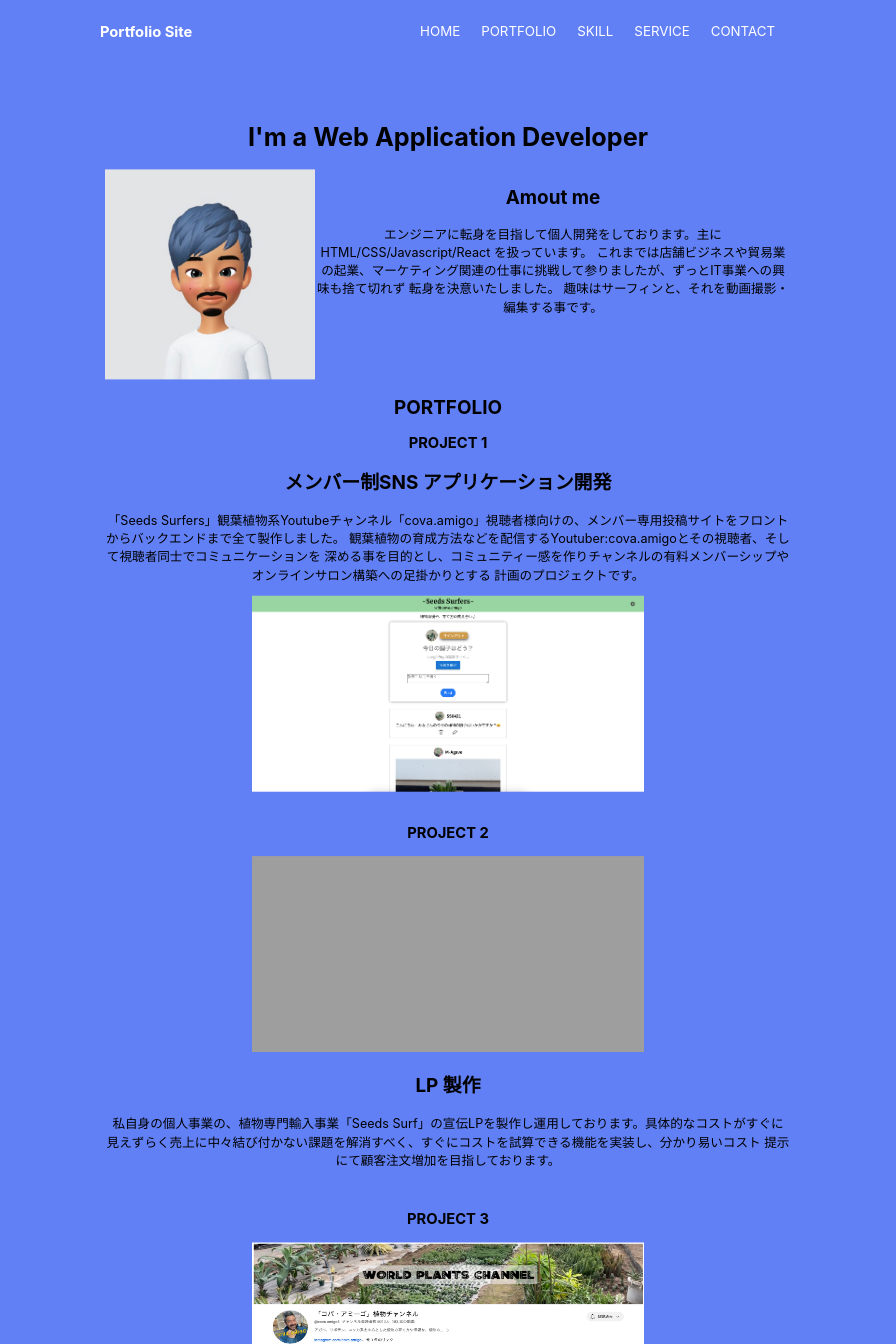
Repository: Seiya00002/my-portfolio-website2
Page: /
These files come from the project's save history. The page is drawn as it stood at one moment and after the next save; the edit follows.
The browser window is 1280 px wide. The pictures show the part of the page from y = 0 to 1920 px (the page is 3606 px tall), at 70% of full size.
Pictures or frames that could not be fetched are drawn as grey boxes. The project was rebuilt for these pictures with package versions that can differ from the ones it lists, and the page was loaded fresh each time.

Above is the page before, as saved 2023-09-23 16:41:52.

After the next save:
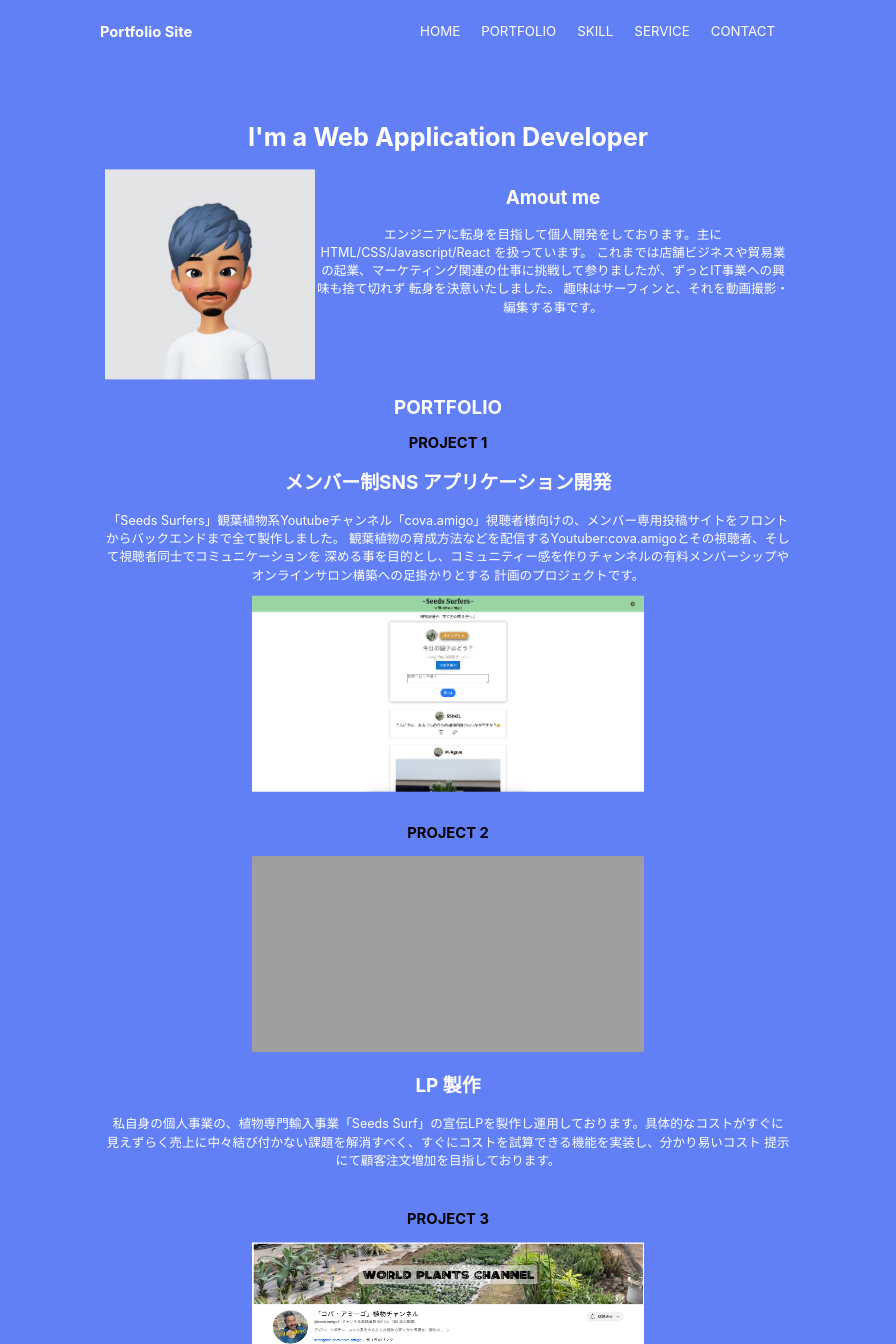
Saved 23 s later.
--- a/src/App.css
+++ b/src/App.css
@@ -5,7 +5,7 @@
   width: 100%;
 }
 
-h1 h2 p {
+h1, h2, p {
   color: white;
 }
 
